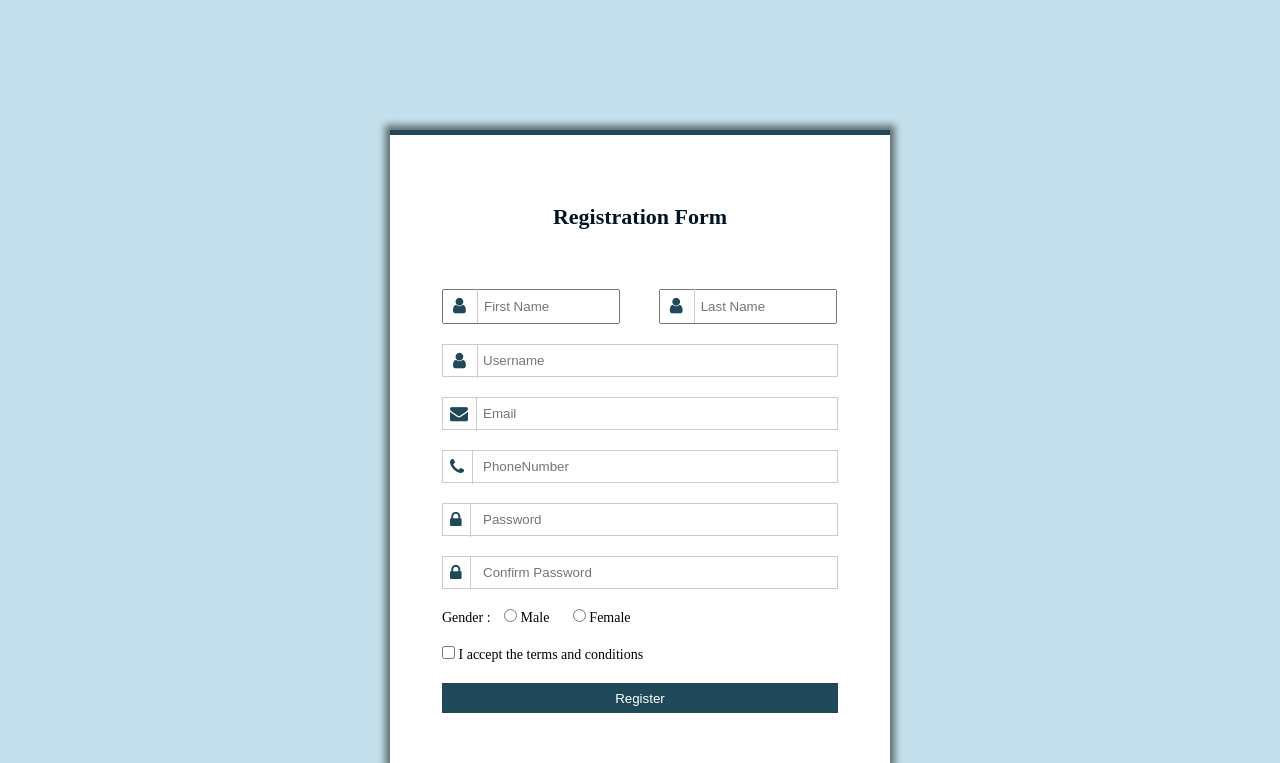
Repository: sampanna17/javabackup
Page: http://localhost/EvoX_CW/pages/register.jsp
An editor plug-in stored every save of this project. The page is shown before and after the next save, followed by the edit.
The browser window is 1280 px wide. The pictures show the whole page.
The page is served by Tomcat 9.

Above is the page before, as saved 2024-05-05 10:48:36.

After the next save:
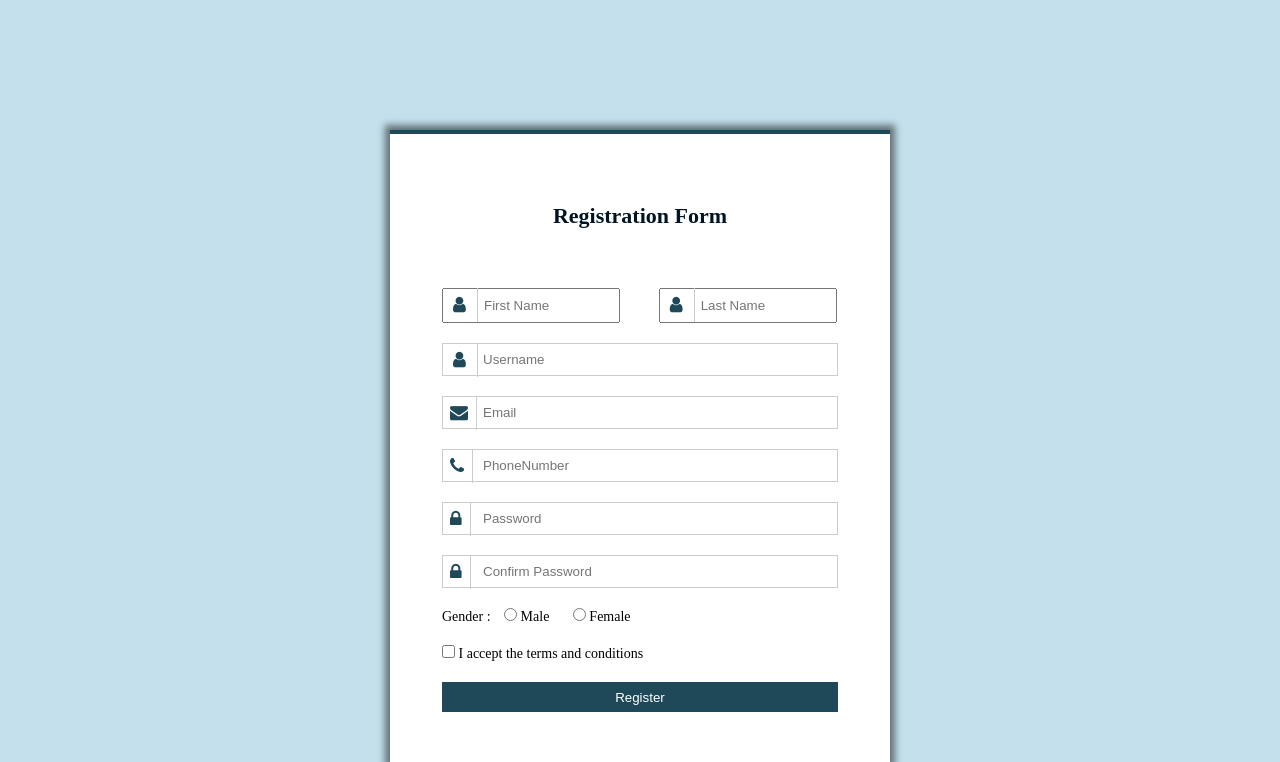
Saved 3 min 22 s later.
--- a/EvoX_CW/src/main/webapp/stylesheets/register.css
+++ b/EvoX_CW/src/main/webapp/stylesheets/register.css
@@ -15,7 +15,7 @@ body{
     width:500px;
     padding: 30px;
     margin:130px auto 0;
-    border-top: 5px solid#1F4959;
+    border-top: 4px solid#1F4959;
     box-shadow: 0 0 7px 5px rgba(0, 0, 0, 0.5);
 }
 .container h1{
